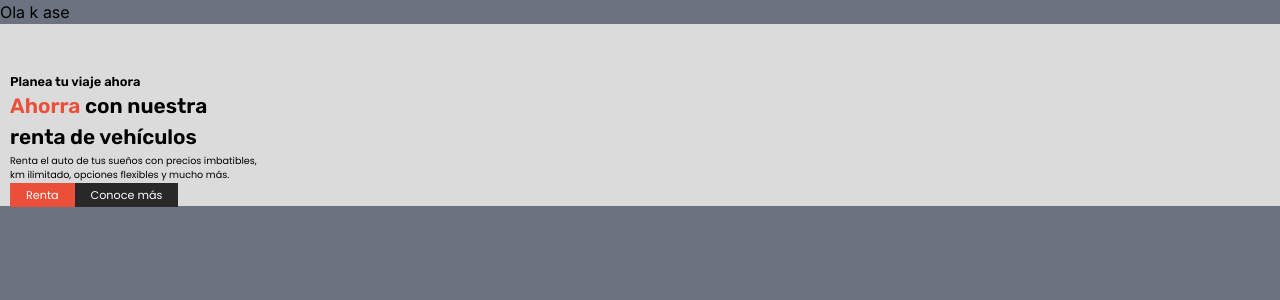
Repository: aldovelacasas/PF_RentCar2
Page: /homePage
An editor plug-in stored every save of this project. The page is shown before and after the next save, followed by the edit.
The browser window is 1280 px wide. The pictures show the whole page.
The project was rebuilt for these pictures with package versions that can differ from the ones it lists, and the page was loaded fresh each time. The framework's server and built-in components were replaced by stand-ins that run in the browser. Also part of the build but not shown: next.config.js.

Above is the page before, as saved 2023-08-29 19:14:27.

After the next save:
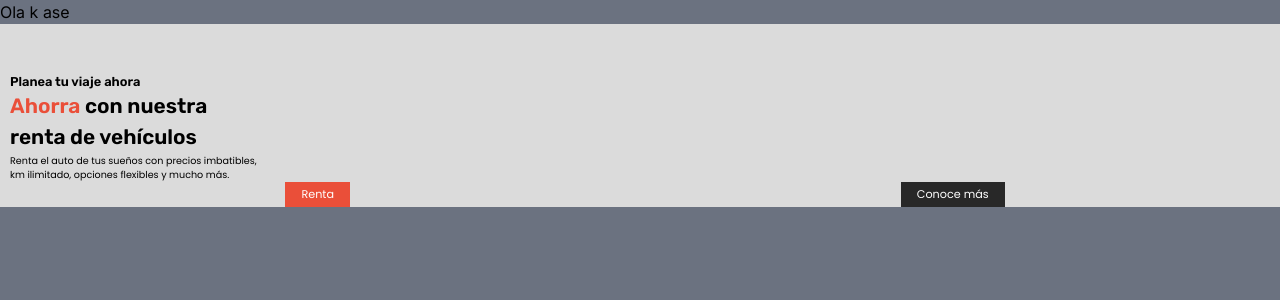
Saved 78 s later.
--- a/src/app/homePage/page.jsx
+++ b/src/app/homePage/page.jsx
@@ -28,7 +28,7 @@ function HomePage() {
         <p className={`${poppins} text-[0.6em]`}>
           km ilimitado, opciones flexibles y mucho más.
         </p>
-        <div>
+        <div className="flex place-content-around">
           <a
             href="#form"
             className={`bg-naranja_enf text-white text-[0.7em] px-4 py-1 ${poppins}`}>
